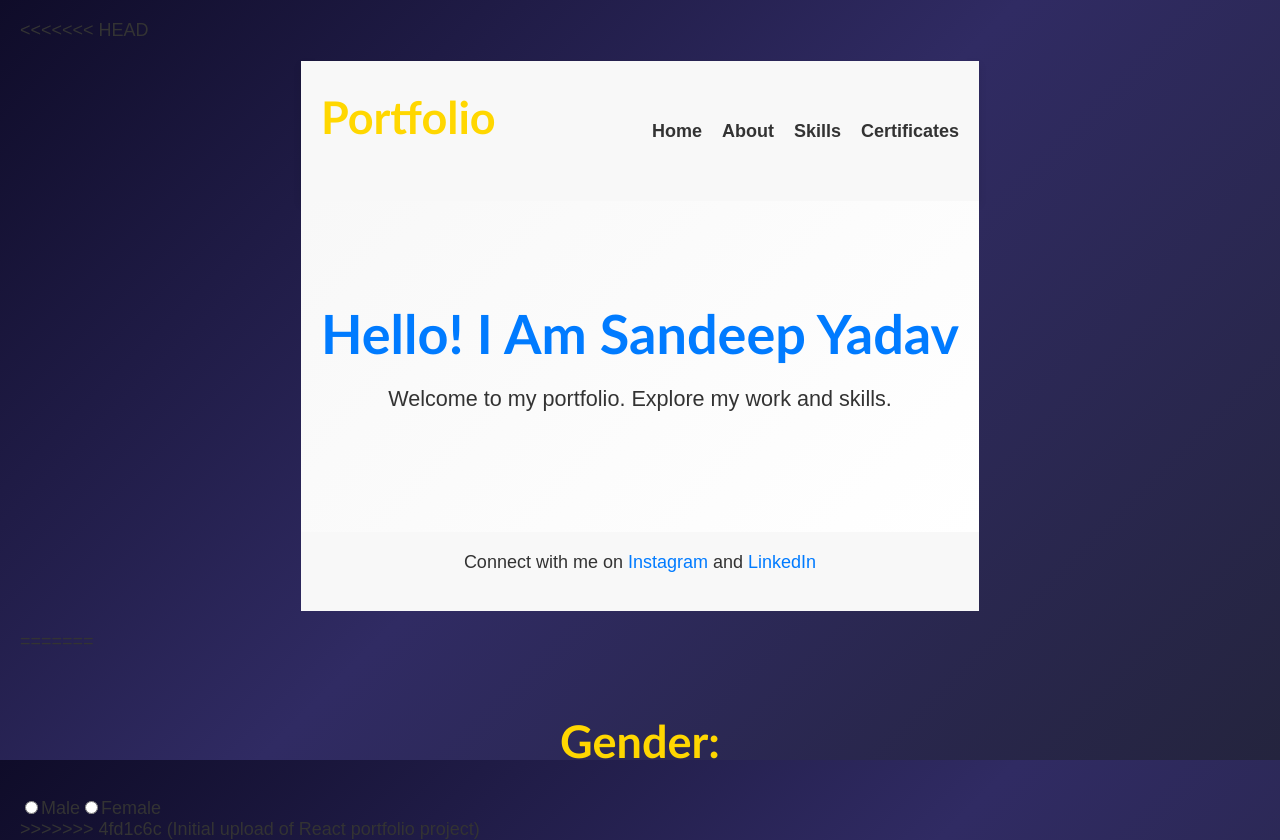
Repository: SandeepYadav18717/Sandeep_portfolio
Page: /
The author's editor kept a copy of each file at every save. The page is drawn from the files as they stood at one save, then again after the next save.
The browser window is 1280 px wide. The pictures show the whole page.
The project was rebuilt for these pictures with package versions that can differ from the ones it lists, and the page was loaded fresh each time. Also part of the build but not shown: vite.config.js, src/index.css, src/App.css, src/Navbar/Navbar.jsx, src/Pages/Home.css, src/Pages/Index.jsx, src/Cards/Cards.jsx, src/Pages/Skills.jsx and 3 more.

Above is the page before, as saved 2025-08-30 08:08:42.

After the next save:
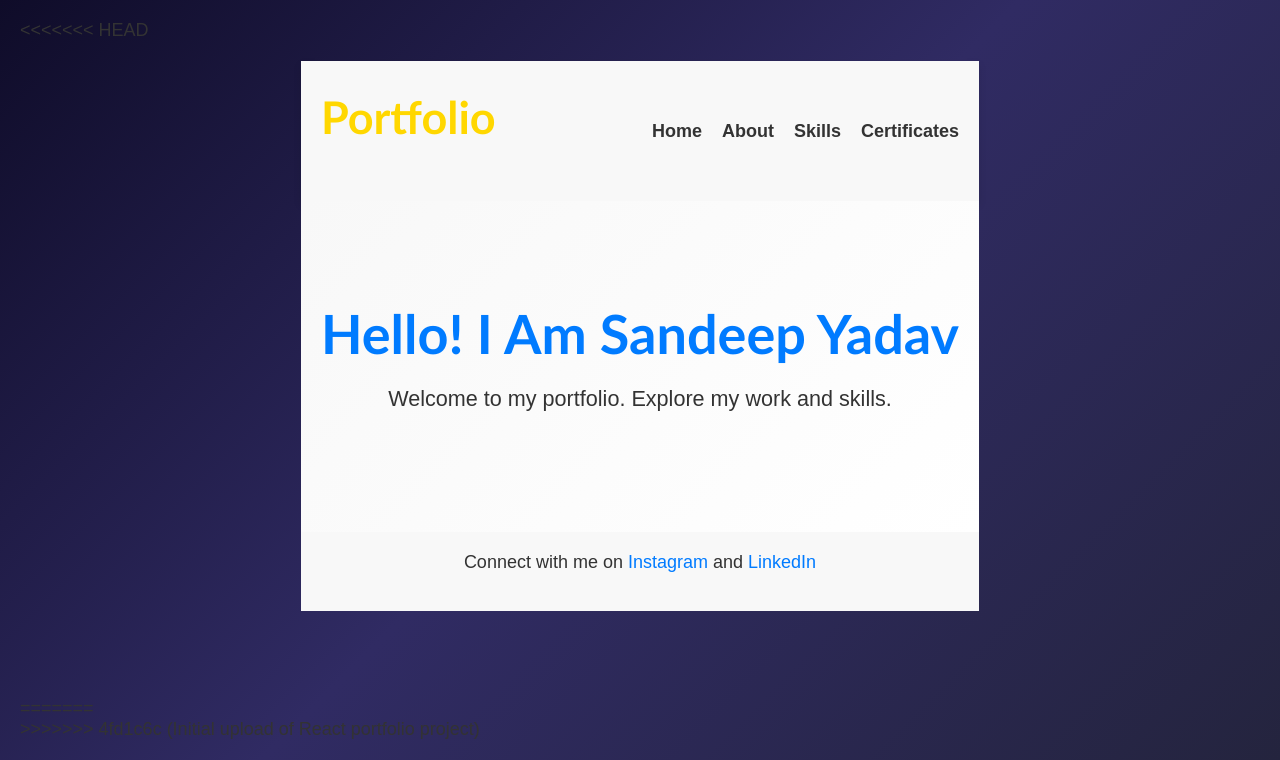
Saved 47 h 55 min later.
--- a/src/Practice/Checkbox.jsx
+++ b/src/Practice/Checkbox.jsx
@@ -9,7 +9,7 @@ function Checkbox() {
 
   return (
     <>
-      <h1>Gender: {gender}</h1>
+      {/* <h1>Gender: {gender}</h1>
 
       <input
         type="radio"
@@ -27,7 +27,7 @@ function Checkbox() {
         value="Female"
         onChange={handleChange}
       />
-      <label htmlFor="female">Female</label>
+      <label htmlFor="female">Female</label> */}
     </>
   );
 }
